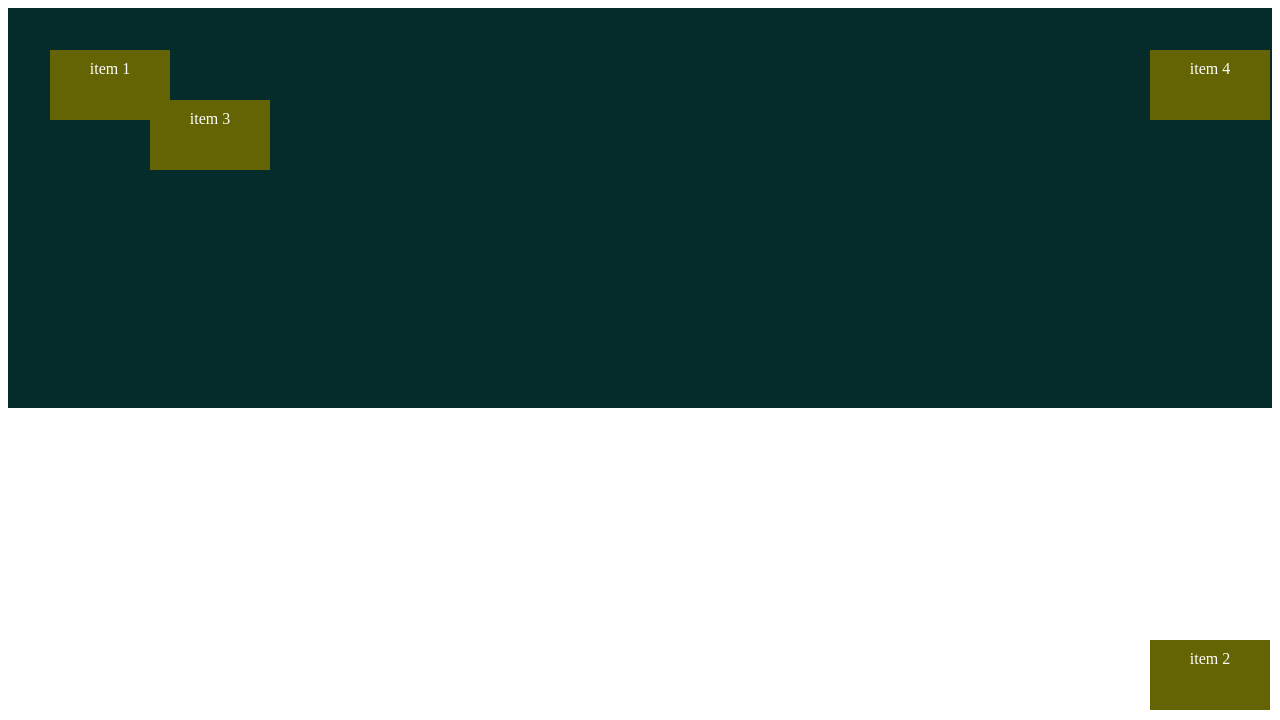
Repository: nmaury/TpsCambodge
Page: InternetProgramming/Css/sample.html
The author's editor kept a copy of each file at every save. The page is drawn from the files as they stood at one save, then again after the next save.
The browser window is 1280 px wide. The pictures show the whole page.

Above is the page before, as saved 2022-12-06 02:15:50.

After the next save:
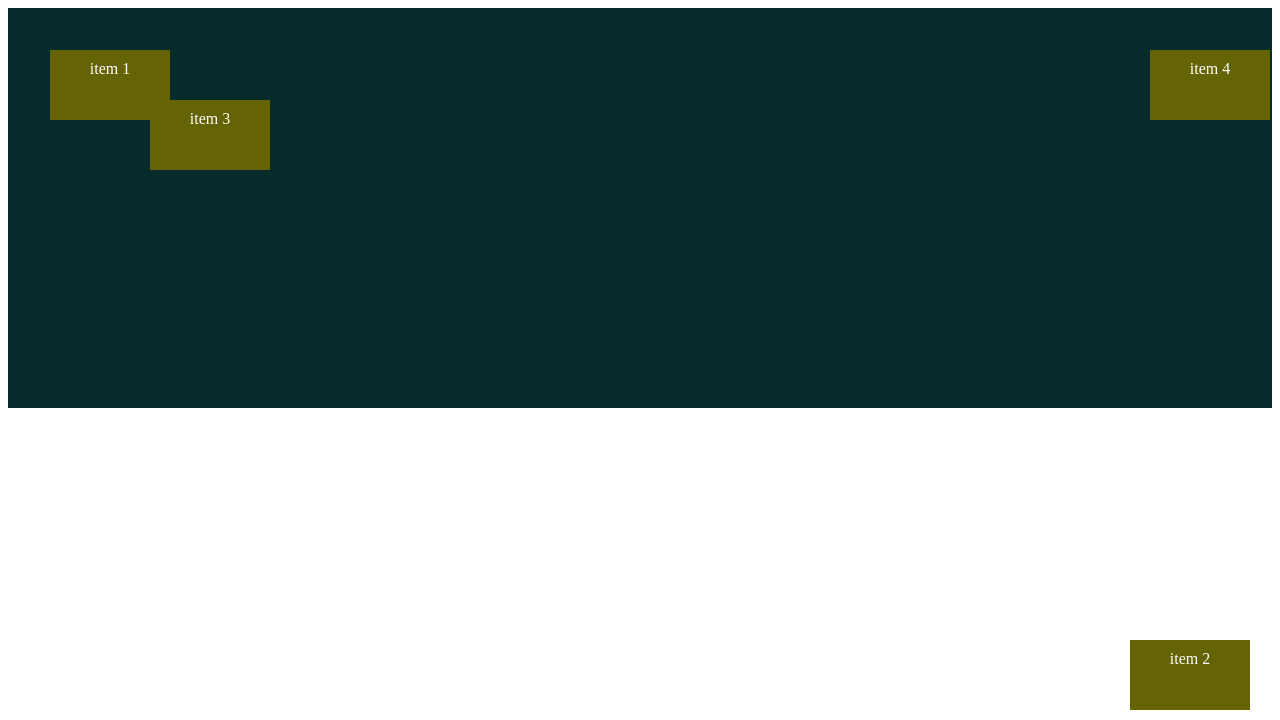
Saved 77 s later.
--- a/InternetProgramming/Css/sample.css
+++ b/InternetProgramming/Css/sample.css
@@ -18,7 +18,7 @@
     color: white;
     text-align: center;
     position: absolute;
-    right: 10px;
+    right: 30px;
     bottom: 10px;
     z-index: 1;
 }
